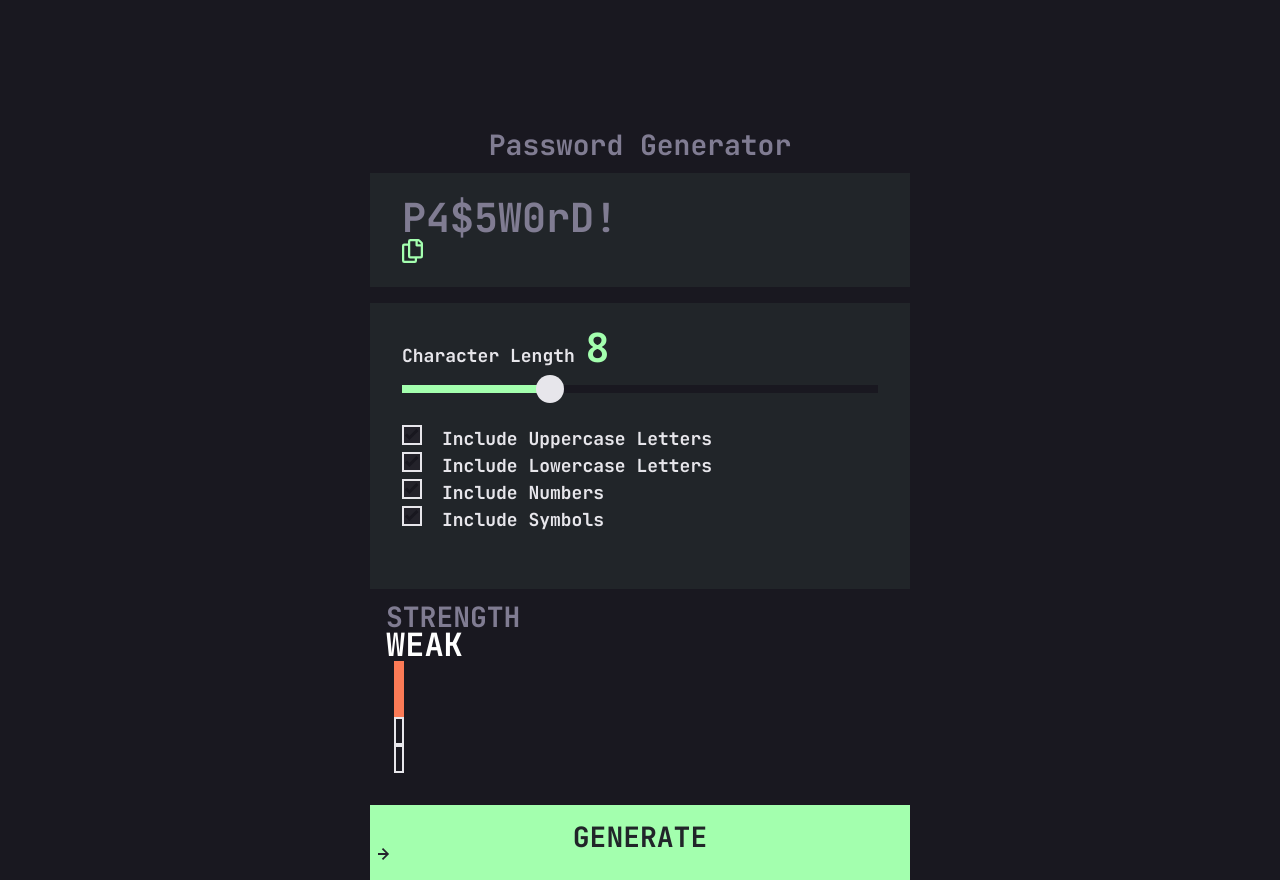
Repository: blordeus/password-generator-app
Page: starter-code/index.html
The author's editor kept a copy of each file at every save. The page is drawn from the files as they stood at one save, then again after a run of saves.
The browser window is 1280 px wide. The pictures show the whole page.

Above is the page before, as saved 2023-10-05 20:24:54.

After the next 4 saves:
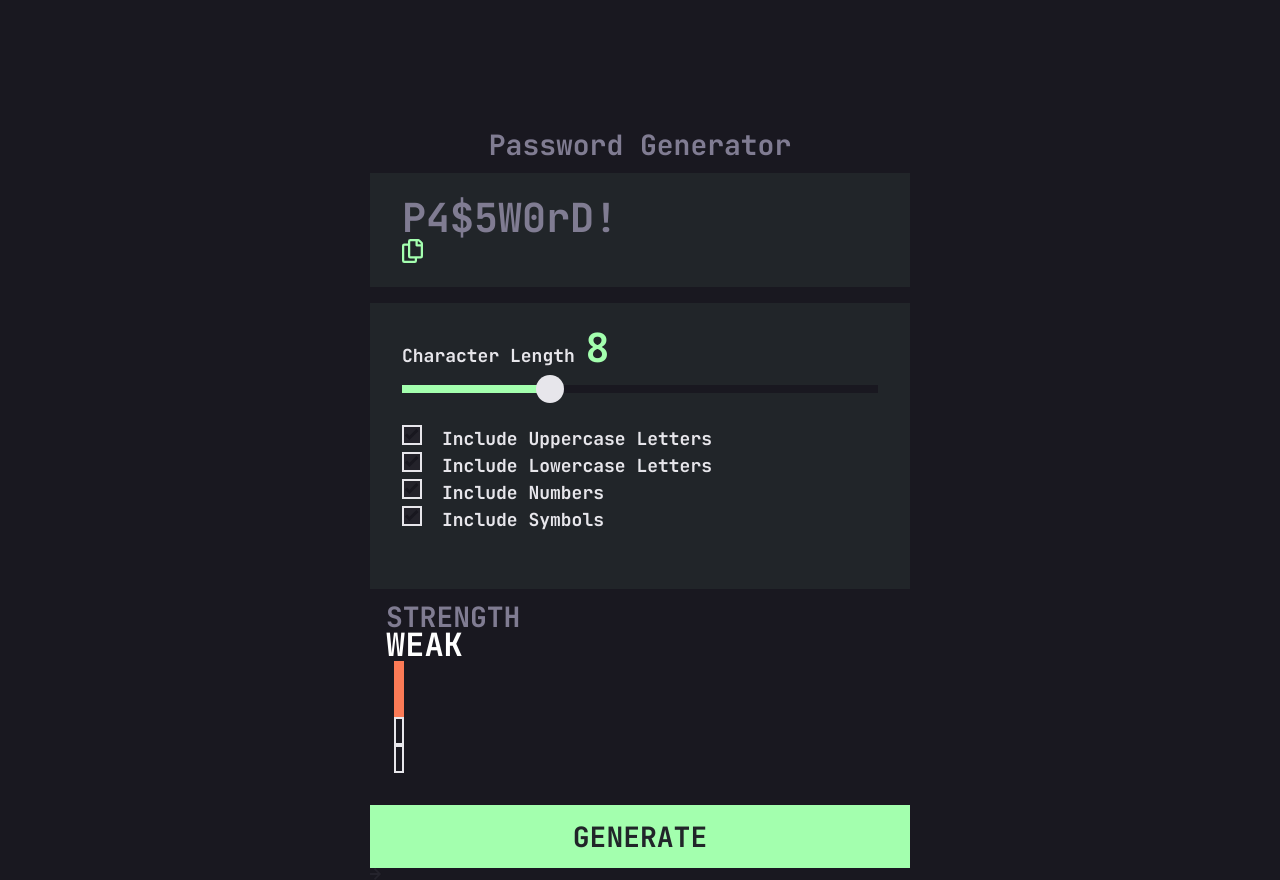
The 4 saves are shown as one change because they came seconds apart.
The last was saved 49 s later.
--- a/starter-code/index.html
+++ b/starter-code/index.html
@@ -64,7 +64,8 @@
     </div>
 
     <div class="flex">
-      <button id="generateBtn" class="uppercase fs-3 bg-green text-dark button">Generate <img src="./assets/images/icon-arrow-right.svg" alt="arrow right"></button>
+      <button id="generateBtn" class="uppercase fs-3 bg-green text-dark button">Generate</button>
+      <img src="./assets/images/icon-arrow-right.svg" alt="arrow right">
     </div>
 </main>
 

After the save that followed:
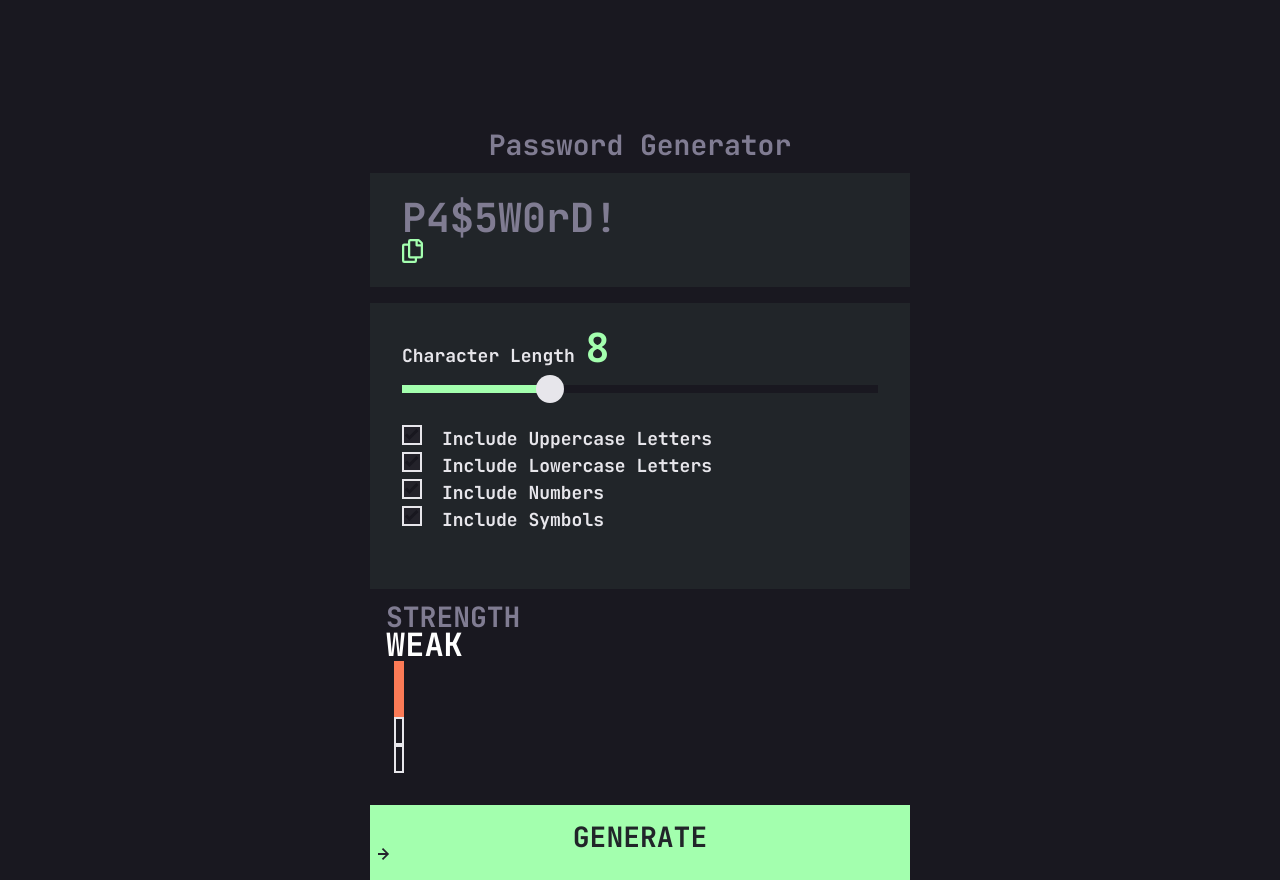
Saved 13 s later.
--- a/starter-code/index.html
+++ b/starter-code/index.html
@@ -64,8 +64,7 @@
     </div>
 
     <div class="flex">
-      <button id="generateBtn" class="uppercase fs-3 bg-green text-dark button">Generate</button>
-      <img src="./assets/images/icon-arrow-right.svg" alt="arrow right">
+      <button id="generateBtn" class="uppercase fs-3 bg-green text-dark button">Generate <img src="./assets/images/icon-arrow-right.svg" alt="arrow right"></button>
     </div>
 </main>
 
